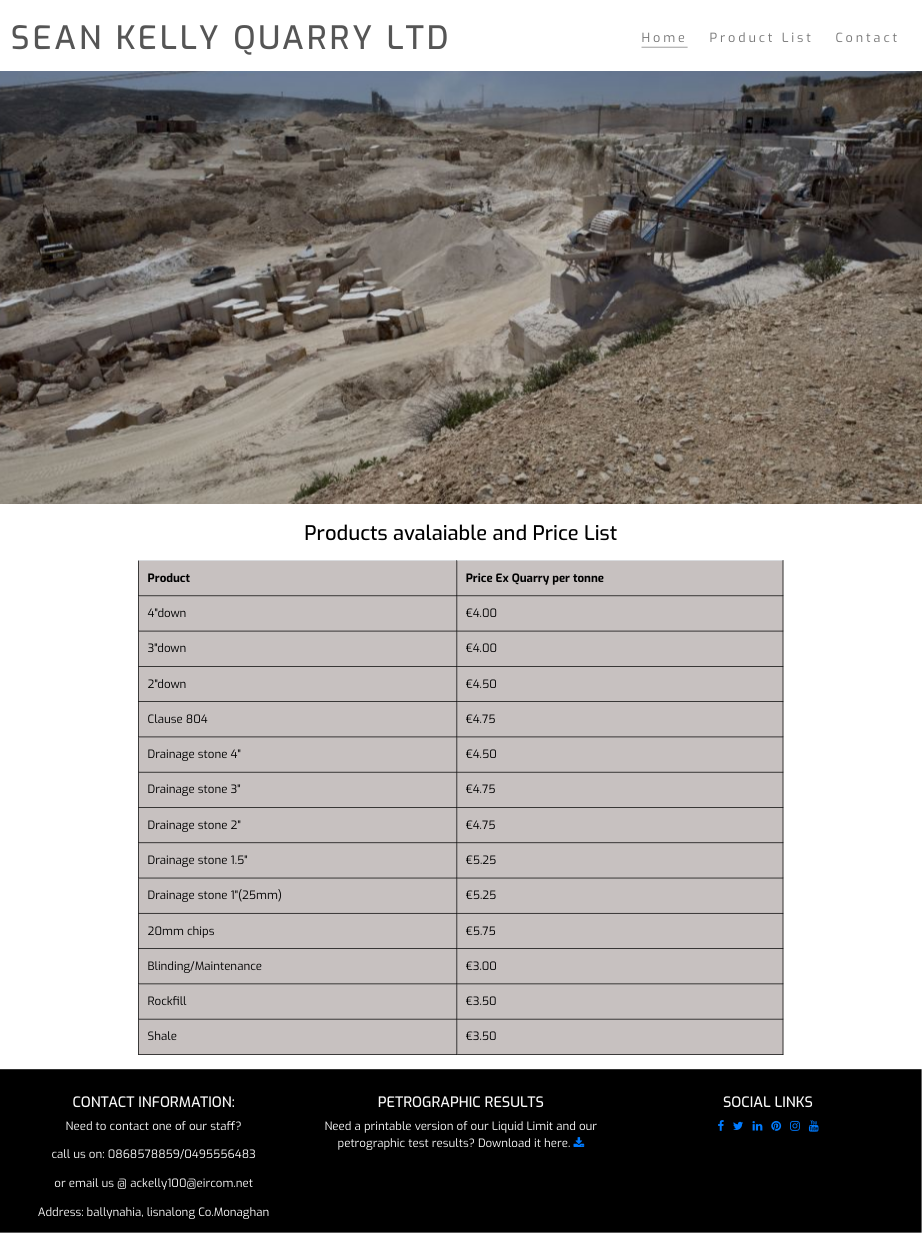
Repository: Code-Institute-Submissions/Sean-Kelly-Quarry
Page: product-list.html
The author's editor kept a record of every edit. The page is drawn from the files as they stood at one moment, then again after the next edit.
The browser window is 1280 px wide. The pictures show the whole page, at 72% of full size.

Above is the page before.

After the next edit:
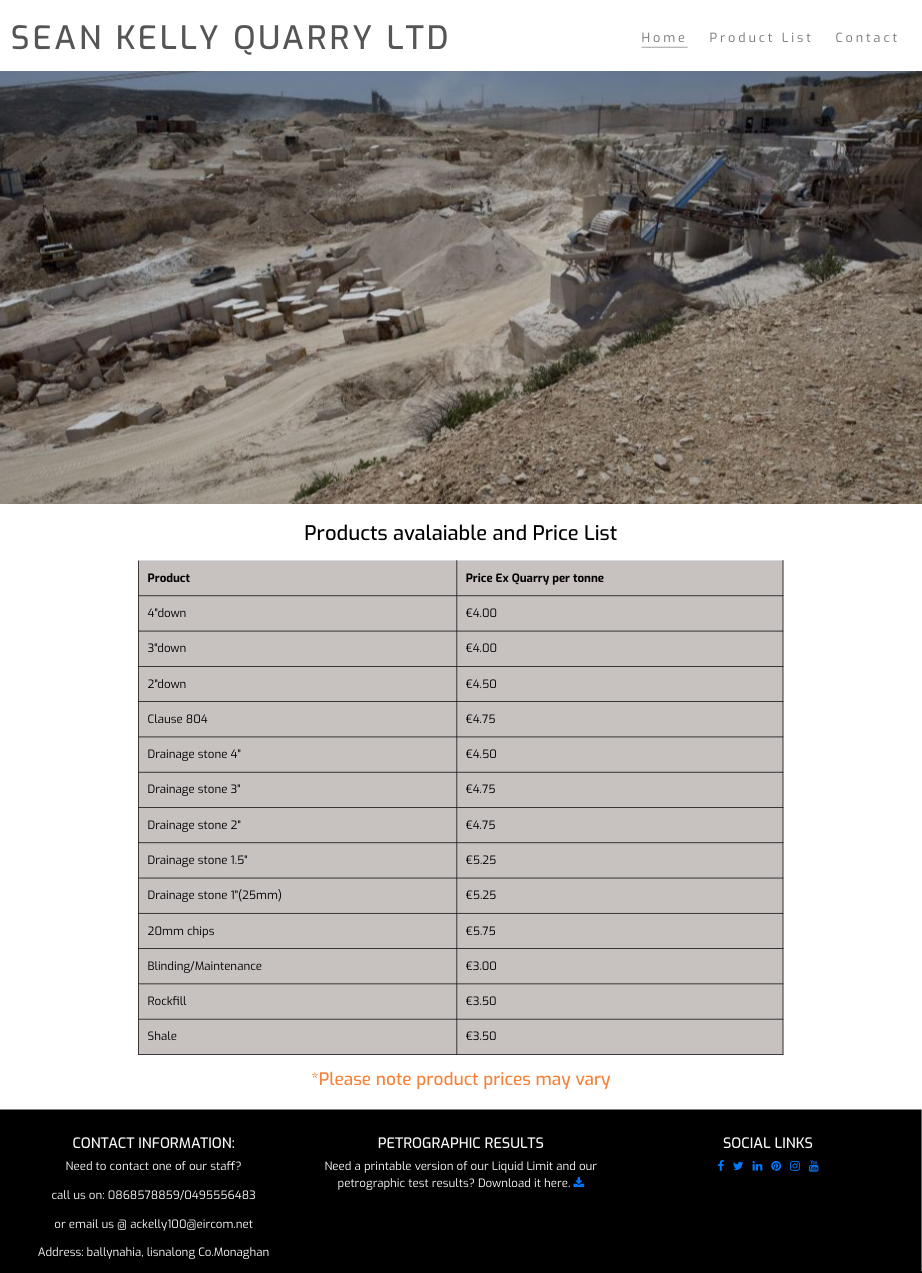
The edit:
--- a/product-list.html
+++ b/product-list.html
@@ -150,6 +150,7 @@
                </td>
            </tr>
         </table>
+         <h4 class="product-disclaimer">*Please note product prices may vary</h4>
     </section>
     <footer class="container-fluid">
         <div id="footer-details" class="row">
